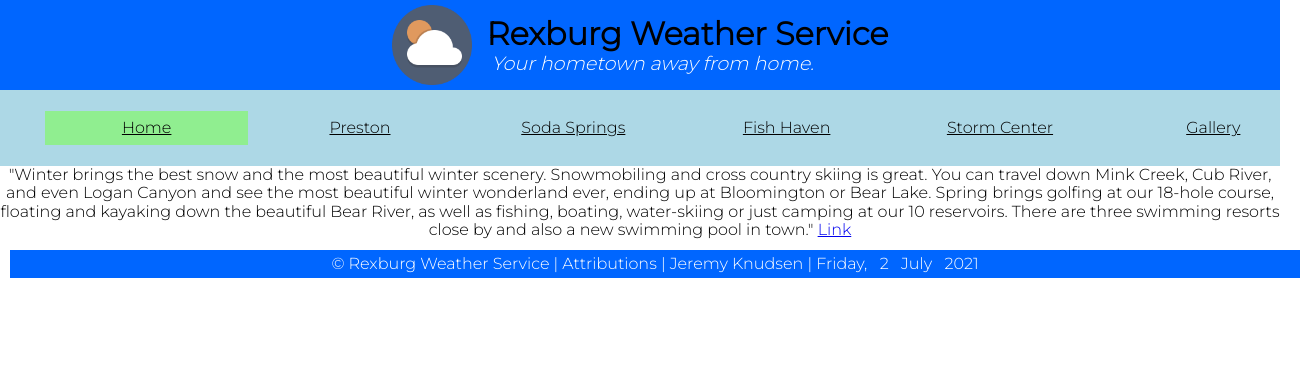
Repository: jknudsen97/jknudsen97.github.io
Page: lesson09/index.html
An editor plug-in stored every save of this project. The page is shown before and after the next save, followed by the edit.
The browser window is 1280 px wide. The page is 1300 px wide, so the pictures cover 1300 px, including what lies to the right of the window. The pictures show the whole page.
The page's requests for data from a server got no answer.

Above is the page before, as saved 2021-07-02 18:38:50.

### lesson09/index.html
<!DOCTYPE html>
<html lang="en">
<head>
    <meta charset="UTF-8">
    <meta http-equiv="X-UA-Compatible" content="IE=edge">
    <meta name="viewport" content="width=device-width, initial-scale=1.0">
    <title>Storm Center Page</title>
    <meta name="description" content="This will be storm center page"/>
    <link rel="preconnect" href="https://fonts.gstatic.com">
    <link href="https://fonts.googleapis.com/css2?family=Montserrat:wght@100;300&display=swap" rel="stylesheet">
    <link rel="preconnect" href="https://fonts.gstatic.com">
    <link href="https://fonts.googleapis.com/css2?family=Nunito:wght@300&display=swap" rel="stylesheet">
    <link rel="stylesheet" href="https://cdnjs.cloudflare.com/ajax/libs/normalize/8.0.1/normalize.min.css">
    <link rel="stylesheet" href="css/main.css"/>
    <link rel="stylesheet" href="css/medium.css"/>
    <link rel="stylesheet" href="css/large.css"/>
</head>
<body>
    <header>
            <img src="images/logo.png" alt="Preston logo">
        <section class="headings">
            <h1>Rexburg Weather Service</h1>
            <div class="motto">Your hometown away from home.</div>
        </section>
    </header>

    <div class="nav">
        <div class="hamburger">
            <span class="bar"></span>
            <span class="bar"></span>
            <span class="bar"></span>
        </div>
        <ul class="menu">
            <li><a href="/lesson09/index.html" class="current">Home</a></li>
            <li><a href="/lesson06/preston-6.html" class="link">Preston</a></li>
            <li><a href="#sodaSprings" class="link">Soda Springs</a></li>
            <li><a href="#fishHaven" class="link">Fish Haven</a></li>
            <li><a href="/lesson08/stormcenter.html" class="link">Storm Center</a></li>
            <li><a href="/lesson07/gallery-7.html" class="link">Gallery</a></li>
        </ul>
    </div>
    <main>
        <div id="places">

        </div>
        <div class="extra">
            "Winter brings the best snow and the most beautiful winter scenery.
            Snowmobiling and cross country skiing is great.
            You can travel down Mink Creek, Cub River,
            and even Logan Canyon and see the most beautiful winter wonderland ever,
            ending up at Bloomington or Bear Lake.

            Spring brings golfing at our 18-hole course,
            floating and kayaking down the beautiful Bear River,
            as well as fishing,
            boating, water-skiing or just camping at our 10 reservoirs.
            There are three swimming resorts close by and also a new
            swimming pool in town." <a href="https://www.prestonidaho.net/discover-the-natural-beauty-resorces-of-citys-outdoors/">Link</a>
        </div>
    </main>
    <footer>
        <div>&copy; Rexburg Weather Service | Attributions | Jeremy Knudsen |&nbsp;</div>
        <div class="current2">
            <span id="currentDayofWeek"></span>, &nbsp;
            <span id="currentDay"></span> &nbsp; <span id="currentMonth"></span> &nbsp;
            <span id="currentYear"></span>
        </div>
    </footer>
    <script defer src="js/script.js"></script>
</body>
</html>

### lesson09/css/main.css
header {
    background-color: #0066ff;
    padding: 5px;
    display: flex;
    align-items: center;
    justify-content: center;
}

header img{
    width: 50px;
    height: auto;
}

body{
    font-family: 'Montserrat', sans-serif;
}

main{
    text-align: center;
}

p{
    justify-content: center;
    background-color: beige;
    padding: 25px;
    margin: 20px;
}

.headings {
    display: flex;
    flex-direction: column;
}

.headings h1{
    font-size: 2em;
    margin: 0 0 0 15px;
}

.motto{
    font-style: italic;
    color: white;
    margin-left: 20px;
    font-size: 1.2rem;
}

.nav{
    overflow: hidden;
    background-color: lightblue;
    position: relative;
}

.menu{
    overflow: hidden;
    display: none;
}

.menu li{
    list-style: none;
    text-decoration: none;
    flex: 1;
    text-align: center;
    justify-content: center;
    box-sizing: border-box;
    line-height: 1.5rem;
}

.menu a{
    color: black;
    justify-content: space-between;
    text-align: center;
    list-style-type: none;
    flex-direction: row;
    align-items: center;
    display: block;
}

.active{
    display: block;
    padding: 0px;
}

a.link, a.current{
    padding: 5px;
    margin: 5px;
}

.nav a.icon{
    background: black;
    display: block;
    position: absolute;
    right: 0;
    top: 0;
}

.hamburger{
    display: none;
}

.bar{
    display: block;
    width: 25px;
    height: 3px;
    margin: 5px auto;
    -webkit-transition: all 0.3s ease-in-out;
    transition: all 0.3s ease-in-out;
    background-color: black;
}

footer {
    margin: 10px;
    color: white;
    background-color: #0066ff;
    padding: 5px;
    display: flex;
    align-items: center;
    justify-content: center;
    flex-direction: column;
}

.hamburger{
    display: block;
    cursor: pointer;
}

.hamburger.active .bar:nth-child(2) {
    opacity: 0;
}

.hamburger.active .bar:nth-child(1) {
    transform: translateY(8px) rotate(45deg);
}

.hamburger.active .bar:nth-child(3) {
    transform: translateY(-8px) rotate(-45deg);
}

.header img{
    width: 120px;
    height: auto;
}

/*Lesson08*/
form{
    background-color: bisque;
    margin-left: auto;
    margin-right: auto;
}

input{
    padding: 10px;
    margin: 10px;
}

/*Lesson09*/
article img{
    max-width: 200px;
    height: auto;
    padding: 2px;
    margin: 10px;
    border-style: solid;
}

article {
    max-width: 700px;
    margin: .5rem auto;
    background-color: lightblue;
    justify-content: center;
    display: grid;
      grid-template-columns: 1fr;
  }

### lesson09/css/medium.css
@media only screen and (min-width: 32.5em){
    .menu{
        display: flex;
    }

    header img{
        width: 80px;
        height: auto;
    }

    .headings h1{
        font-size: 2rem;
    }

    .hamburger{
        display: none;
    }

    footer{
        margin: 10px;
        flex-direction: row;
        width: 100%;
    }

    /*Lesson07*/

    .nav a:active{
        background-color: white;
    }

    .nav a:hover{
        background-color: green;
        color: white;
    }

    .current {
        background:lightgreen;
      }

    /*Lesson 09*/
    article {
        display: grid;
          grid-template-columns: 1fr 1fr;
      }

      article:nth-child(odd) img {
          grid-column: 2;
      }

      article:nth-child(odd) .data {
          grid-column: 1;
          grid-row: 1;
      }
}

### lesson09/css/large.css
@media only screen and (min-width: 60em){
    .menu{
        display: flex;
        top: 5rem;
        border-radius: 10px;
        justify-content: space-between;
        width: 100%;
        transition: 0.3s;
    }

    /*Lesson09*/
    article {
        display: grid;
        grid-template-columns: 1fr;
      }
}

### lesson09/js/script.js
const hamburger = document.querySelector(".hamburger");
const menu = document.querySelector(".menu");
hamburger.addEventListener("click", mobileMenu);

function mobileMenu() {
    hamburger.classList.toggle("active");
    menu.classList.toggle("active");
}

const link = document.querySelectorAll(".link");
link.forEach(n => n.addEventListener("click", closeMenu));

function closeMenu(){
    hamburger.classList.remove("active");
    menu.classList.remove("active");
}

var d = new Date();
var weekday = new Array(7);
weekday[0] = "Sunday";
weekday[1] = "Monday";
weekday[2] = "Tuesday";
weekday[3] = "Wednesday";
weekday[4] = "Thursday";
weekday[5] = "Friday";
weekday[6] = "Saturday";

var n = weekday[d.getDay()];
document.querySelector("#currentDayofWeek").innerHTML = n;

var n = d.getDate();
document.querySelector("#currentDay").innerHTML = n;

var month = new Array();
month[0] = "January";
month[1] = "February";
month[2] = "March";
month[3] = "April";
month[4] = "May";
month[5] = "June";
month[6] = "July";
month[7] = "August";
month[8] = "September";
month[9] = "October";
month[10] = "November";
month[11] = "December";

var n = month[d.getMonth()];
document.querySelector("#currentMonth").innerHTML = n;

var n = d.getFullYear();
document.querySelector("#currentYear").innerHTML = n;

//JSON
const requestURL = 'https://byui-cit230.github.io/weather/data/towndata.json';

fetch(requestURL)
  .then(function (response) {
    return response.json();
  })

  .then(function (jsonObject) {
    const towns = jsonObject["towns"];
    const idaho = towns.filter(
      towns => towns.name == "Preston" || towns.name == "Soda Springs" || towns.name == "Fish Haven");

      idaho.forEach((towns) => {
        let card = document.createElement("article");
        let insidecard = document.createElement('section');
        let name = document.createElement("h1");
        let motto = document.createElement("h2");
        let yearfounded = document.createElement("p");
        let population = document.createElement("p");
        let rainfall = document.createElement("p");
        let image = document.createElement("img");
        let text = document.createElement("div");

        name.textContent = `${towns.name}`;
        motto.textContent = `${towns.motto}`;
        yearfounded.textContent = `Founded: ${towns.yearFounded}`;
        population.textContent = `Population: ${towns.currentPopulation}`;
        rainfall.textContent = `Annual Rainfall: ${towns.averageRainfall}in`;
        image.setAttribute('src', `images/${towns.photo}`);
        image.setAttribute('alt', `${towns.name} img`);

        insidecard.appendChild(name);
        insidecard.appendChild(motto);
        insidecard.appendChild(yearfounded);
        insidecard.appendChild(population);
        insidecard.appendChild(rainfall);
        insidecard.appendChild(text);
        card.appendChild(image);
        card.appendChild(insidecard);

        document.querySelector("#places").appendChild(card);
      })
    }
  )

After the next save:
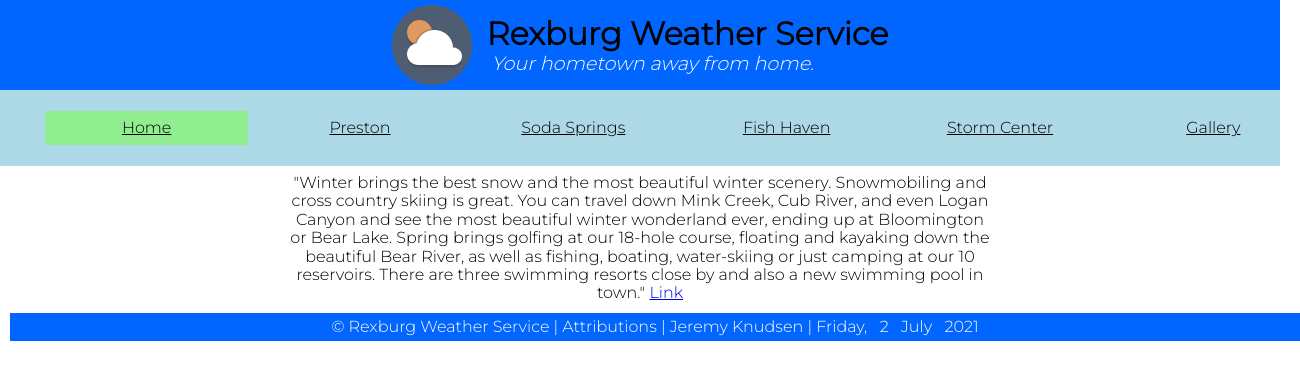
Saved 4 min 15 s later.
--- a/lesson09/css/main.css
+++ b/lesson09/css/main.css
@@ -168,3 +168,8 @@ article {
     display: grid;
       grid-template-columns: 1fr;
   }
+
+  .extra{
+      max-width: 700px;
+      margin: .5rem auto;
+  }
